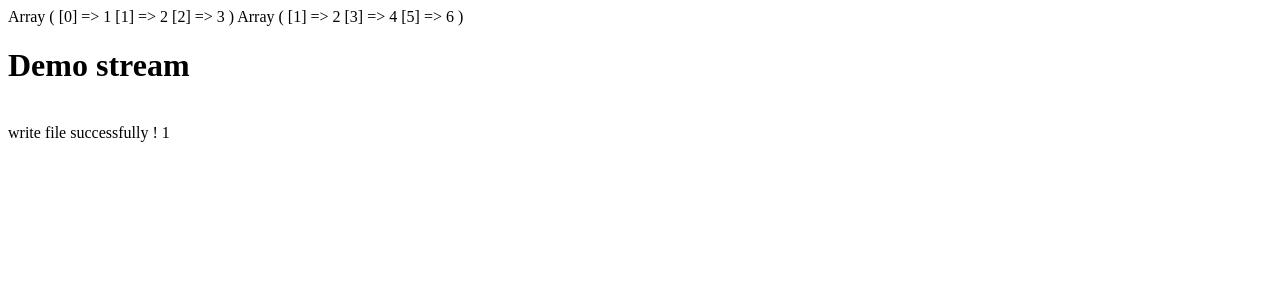
Repository: HoangLinh2001/PHP
Page: http://localhost/demoFunction.php
An editor plug-in stored every save of this project. The page is shown before and after the next save, followed by the edit.
The browser window is 1280 px wide. The pictures show the whole page.
The page is run by PHP 8.4 with error messages shown; the project is at /var/www/html/.

Above is the page before, as saved 2023-06-20 18:50:38.

After the next save:
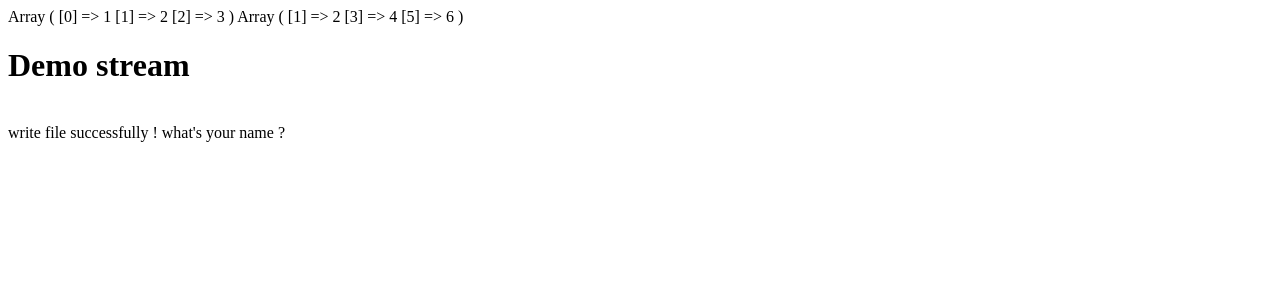
Saved 43 s later.
--- a/DEMOPHPBUOI2/demoFunction.php
+++ b/DEMOPHPBUOI2/demoFunction.php
@@ -5,7 +5,7 @@ array_pop($myArray);
 array_shift($myArray);
 array_unshift($myArray, 9);
 $array2 = [4, 8, 3];
-$mereArray = array_merge($myArray, $array2);
+$mergedArray = array_merge($myArray, $array2);
 $myArray2 = [1, 2, 3, 4, 5];
 $sliceArray = array_slice($myArray2, 0, 3);
 print_r($sliceArray);
@@ -27,10 +27,10 @@ if ($fileHandle) {
     echo "fail to open the file for writing \n";
 }
 
-//read the content from the file
+// read the content from the file
 $fileHandle = fopen($filePath, "r");
 if ($fileHandle) {
-    while (($line = fgets($fileHandle) !== false)) {
+    while (($line = fgets($fileHandle)) !== false) {
         echo $line . "<br/>";
     }
     fclose($fileHandle);
